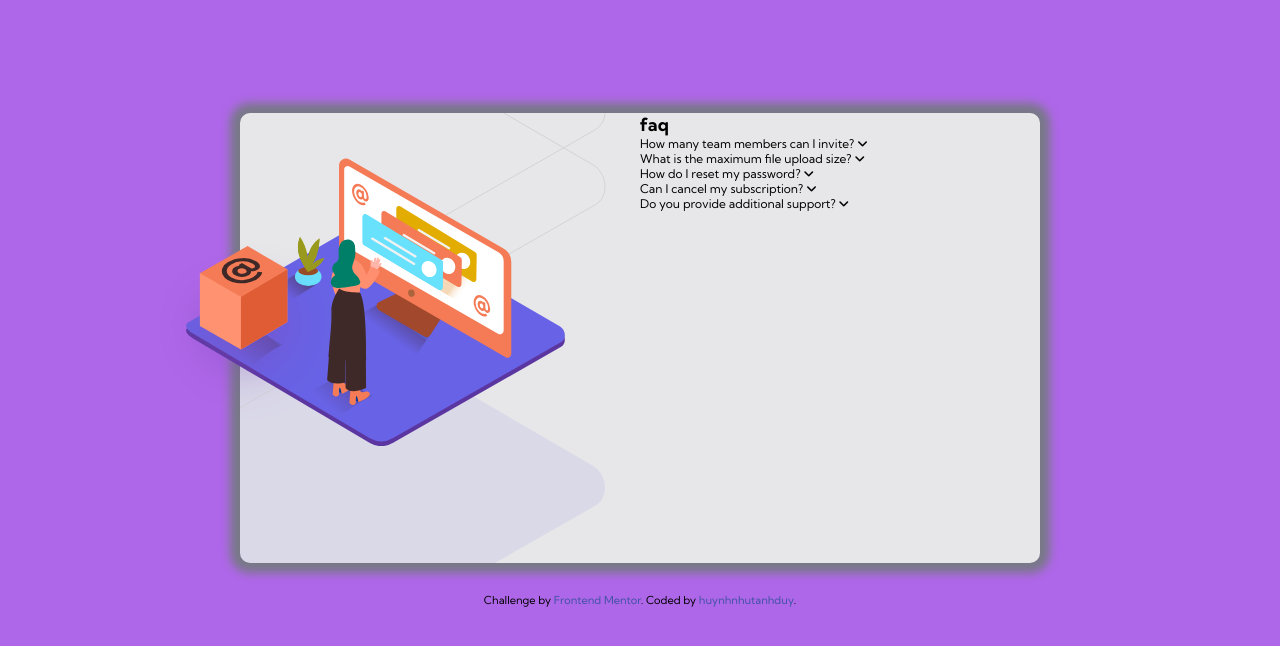
Repository: huynhnhutanhduy/faq-accordion-card
Page: index.html
An editor plug-in stored every save of this project. The page is shown before and after the next save, followed by the edit.
The browser window is 1280 px wide. The pictures show the whole page.

Above is the page before, as saved 2022-10-20 14:06:17.

### index.html
<!DOCTYPE html>
<html lang="en">
  <head>
    <meta charset="UTF-8" />
    <meta name="viewport" content="width=device-width, initial-scale=1.0" />
    <!-- displays site properly based on user's device -->
    <link rel="icon" type="image/png" sizes="32x32" href="./images/favicon-32x32.png" />
    <title>Frontend Mentor | FAQ Accordion Card</title>
    <link rel="preconnect" href="https://fonts.googleapis.com" />
    <link rel="preconnect" href="https://fonts.gstatic.com" crossorigin />
    <link
      href="https://fonts.googleapis.com/css2?family=Kumbh+Sans:wght@400;700&display=swap"
      rel="stylesheet"
    />
    <link
      rel="stylesheet"
      href="https://cdnjs.cloudflare.com/ajax/libs/font-awesome/6.2.0/css/all.min.css"
      integrity="sha512-xh6O/CkQoPOWDdYTDqeRdPCVd1SpvCA9XXcUnZS2FmJNp1coAFzvtCN9BmamE+4aHK8yyUHUSCcJHgXloTyT2A=="
      crossorigin="anonymous"
      referrerpolicy="no-referrer"
    />
    <link rel="stylesheet" href="./app.css" />
  </head>
  <body>
    <main>
      <article class="card">
        <div class="card-left">
          <div class="card-image">
            <img
              src="./images/illustration-woman-online-desktop.svg"
              alt=""
              class="card-image__item"
            />
          </div>
          <img src="./images/illustration-box-desktop.svg" alt="" class="card-box" />
        </div>
        <div class="card-right">
          <h1 class="card-title">faq</h1>
          <div class="card-list">
            <div class="card-item">
              <div class="card-item__header">
                <span class="card-item__header-title"
                  >How many team members can I invite?
                </span>
                <i class="fa-solid fa-angle-down card-item__header-icon"></i>
              </div>
              <div class="card-item__content">
                <div class="card-item__content-inner">
                  You can invite up to 2 additional users on the Free plan. There is no limit
                  on team members for the Premium plan.
                </div>
              </div>
            </div>
            <div class="card-item">
              <div class="card-item__header">
                <span class="card-item__header-title"
                  >What is the maximum file upload size?
                </span>
                <i class="fa-solid fa-angle-down card-item__header-icon"></i>
              </div>
              <div class="card-item__content">
                <div class="card-item__content-inner">
                  No more than 2GB. All files in your account must fit your allotted storage
                  space.
                </div>
              </div>
            </div>
            <div class="card-item">
              <div class="card-item__header">
                <span class="card-item__header-title">How do I reset my password? </span>
                <i class="fa-solid fa-angle-down card-item__header-icon"></i>
              </div>
              <div class="card-item__content">
                <div class="card-item__content-inner">
                  Click “Forgot password” from the login page or “Change password” from your
                  profile page. A reset link will be emailed to you.
                </div>
              </div>
            </div>
            <div class="card-item">
              <div class="card-item__header">
                <span class="card-item__header-title">Can I cancel my subscription? </span>
                <i class="fa-solid fa-angle-down card-item__header-icon"></i>
              </div>
              <div class="card-item__content">
                <div class="card-item__content-inner">
                  Yes! Send us a message and we’ll process your request no questions asked.
                </div>
              </div>
            </div>
            <div class="card-item">
              <div class="card-item__header">
                <span class="card-item__header-title"
                  >Do you provide additional support?
                </span>
                <i class="fa-solid fa-angle-down card-item__header-icon"></i>
              </div>
              <div class="card-item__content">
                <div class="card-item__content-inner">
                  Chat and email support is available 24/7. Phone lines are open during normal
                  business hours.
                </div>
              </div>
            </div>
          </div>
        </div>
      </article>
    </main>
    <footer class="attribution">
      Challenge by
      <a href="https://www.frontendmentor.io?ref=challenge" target="_blank">Frontend Mentor</a
      >. Coded by <a href="https://github.com/huynhnhutanhduy">huynhnhutanhduy</a>.
    </footer>
  </body>
</html>

### app.css
:root {
  --very-dark-desaturated-blue: hsl(238, 29%, 16%);
  --soft-red: hsl(14, 88%, 65%);
  --soft-violet: hsl(273, 75%, 66%);
  --soft-blue: hsl(240, 73%, 65%);
  --very-dark-grayish-blue: hsl(237, 12%, 33%);
  --dark-grayish-blue: hsl(240, 6%, 50%);
  --light-grayish-blue: hsl(240, 5%, 91%);
}
* {
  margin: 0;
  padding: 0;
  border: 0;
}
*,
*::before,
*::after,
html {
  box-sizing: border-box;
}
html {
  font-size: 62.5%;
}
body {
  font-size: 1.2rem;
  font-weight: normal;
  font-family: "Kumbh Sans", sans-serif;
  background-color: var(--soft-violet);
  height: 100vh;
  width: 100vw;
  display: grid;
  align-content: center;
  justify-content: center;
}
a {
  text-decoration: none;
}
img {
  display: block;
  max-width: 100%;
}

.attribution {
  font-size: 11px;
  text-align: center;
}
.attribution a {
  color: hsl(228, 45%, 44%);
}

.card {
  max-width: 80rem;
  border-radius: 1rem;
  margin-bottom: 3rem;
  background: var(--light-grayish-blue) url("./images/bg-pattern-desktop.svg") no-repeat;
  background-position-x: -600px;
  background-position-y: -300px;
  height: 45rem;
  width: 92rem;
  display: grid;
  grid-template-columns: 350px 1fr;
  grid-gap: 5rem;
  box-shadow: 0 0 10px 10px var(--dark-grayish-blue);
}
.card-left {
  position: relative;
}
.card-image {
  position: absolute;
  top: 45px;
  left: -54px;
  right: 25px;
}
.card-box {
  height: 40%;
  position: absolute;
  top: 131px;
  left: -90px;
}

.card-item__content-inner {
  display: none;
}

After the next save:
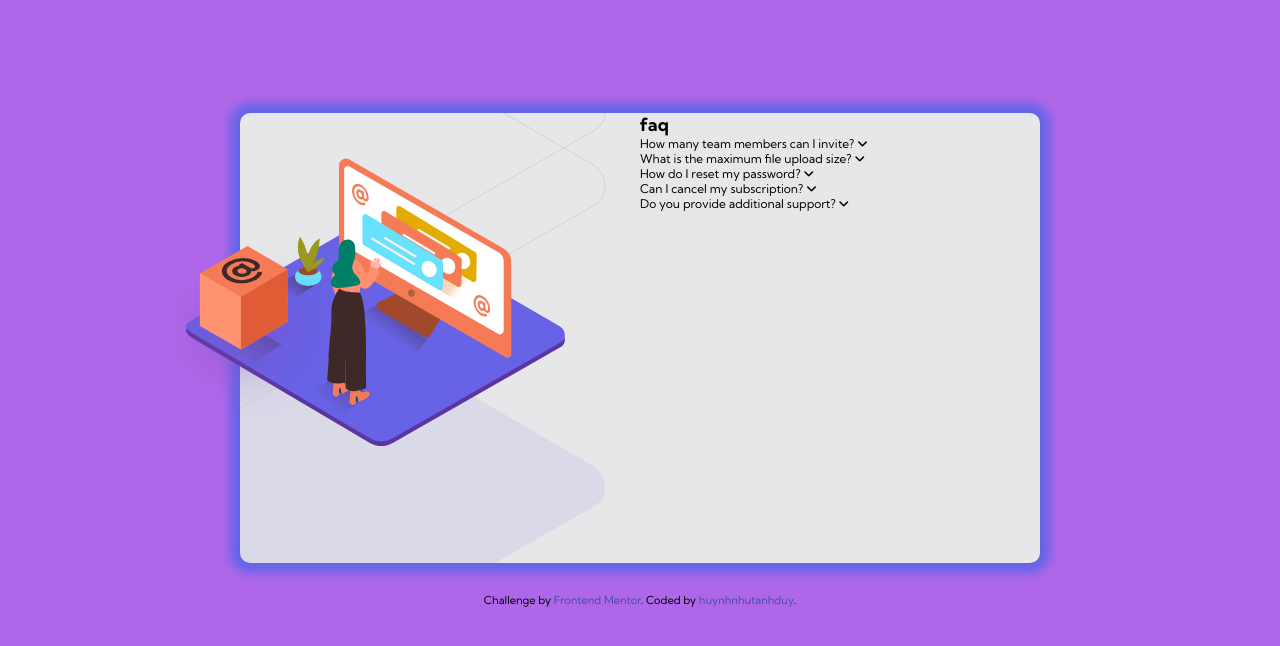
Saved 25 s later.
--- a/app.css
+++ b/app.css
@@ -60,7 +60,7 @@ img {
   display: grid;
   grid-template-columns: 350px 1fr;
   grid-gap: 5rem;
-  box-shadow: 0 0 10px 10px var(--dark-grayish-blue);
+  box-shadow: 0 0 10px 10px var(--soft-blue);
 }
 .card-left {
   position: relative;
